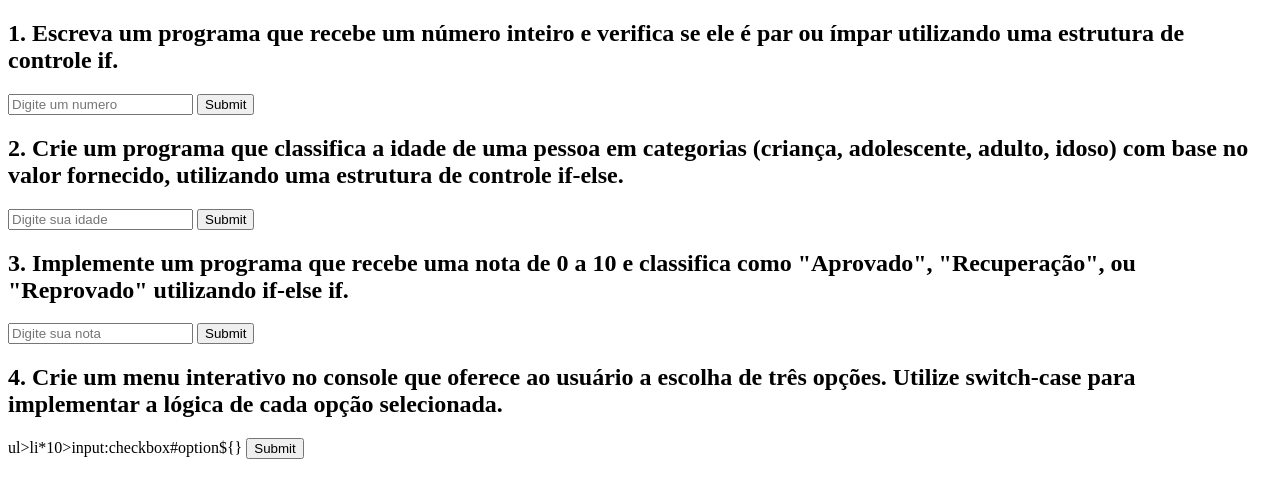
Repository: chidekina/prati-logica
Page: index.html
The author's editor kept a copy of each file at every save. The page is drawn from the files as they stood at one save, then again after the next save.
The browser window is 1280 px wide. The pictures show the whole page.

Above is the page before, as saved 2025-04-29 14:28:19.

After the next save:
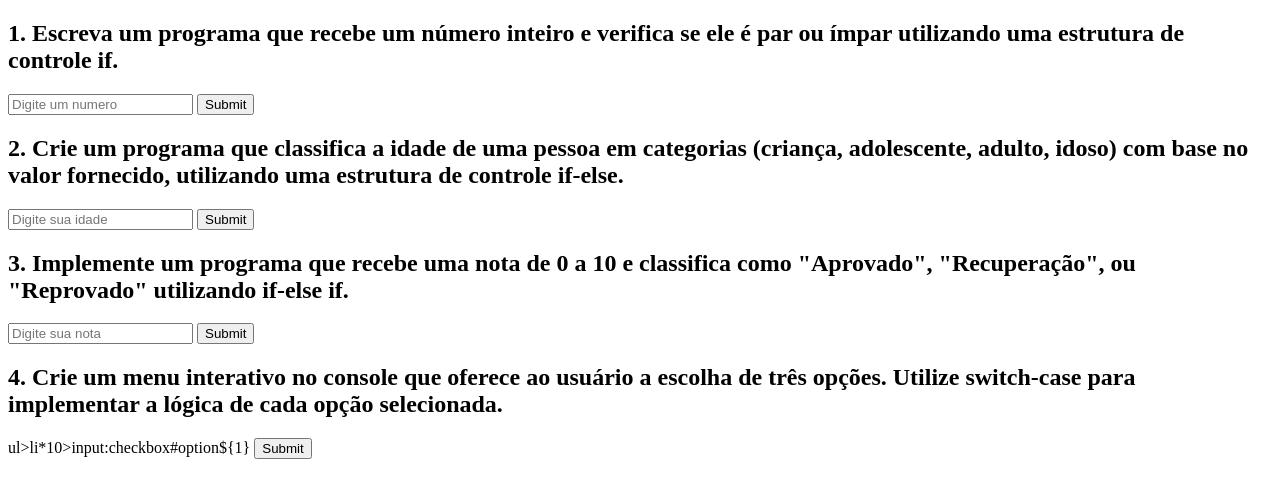
Saved 4 s later.
--- a/index.html
+++ b/index.html
@@ -47,7 +47,7 @@ controle if-else.
 Utilize switch-case para implementar a lógica de cada opção selecionada.
     </h2>
     <div>
-        ul>li*10>input:checkbox#option${}
+        ul>li*10>input:checkbox#option${1}
         <input type="submit" onclick="aprovacao()">
     </div>
     <h3 id="answer3"></h3>
